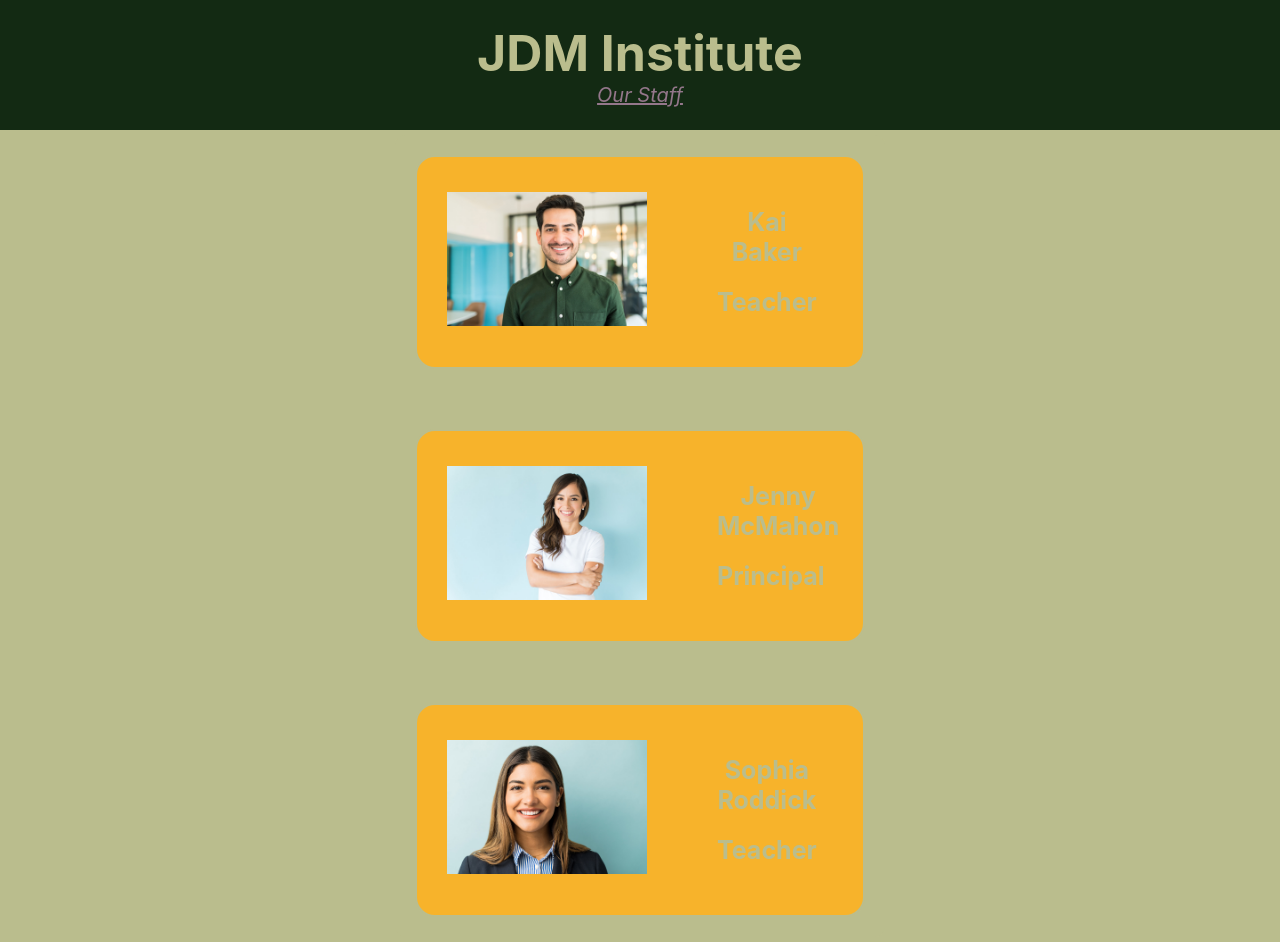
Repository: jennydmcm/class03practice
Page: /about
An editor plug-in stored every save of this project. The page is shown before and after the next save, followed by the edit.
The browser window is 1280 px wide. The pictures show the whole page.
The project was rebuilt for these pictures with package versions that can differ from the ones it lists, and the page was loaded fresh each time. The framework's server and built-in components were replaced by stand-ins that run in the browser. Also part of the build but not shown: next.config.js.

Above is the page before, as saved 2023-01-24 21:30:09.

After the next save:
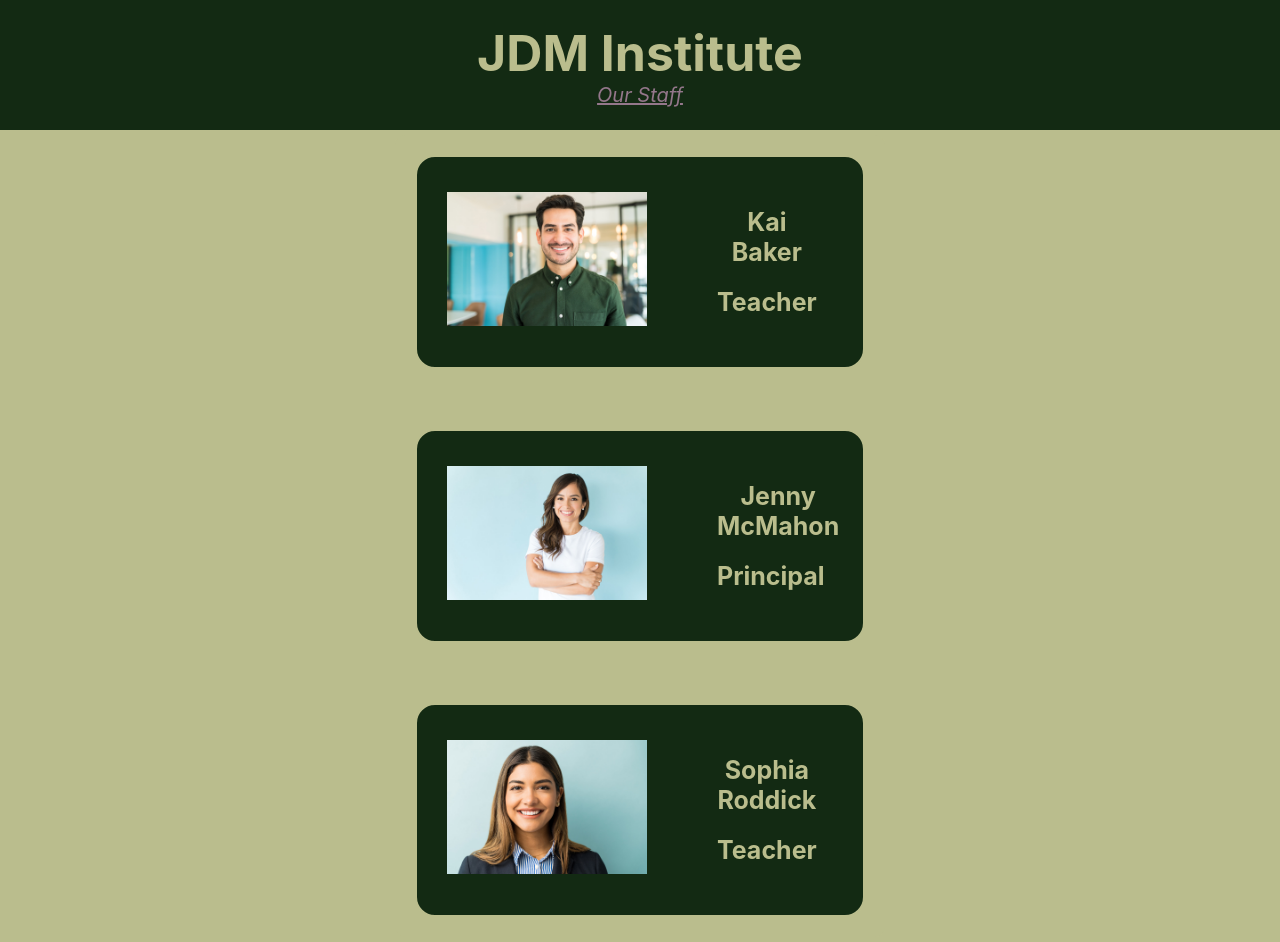
Saved 11 s later.
--- a/pages/about.js
+++ b/pages/about.js
@@ -35,7 +35,7 @@ export default function About() {
                 key={index}
                 name={info.name}
                 position={info.position}
-                colourCard="#f7b32b"
+                colourCard="#132A13"
                 colourInfo="#EFCA08"
                 font="25px"
                 fontColour="#BABD8D"
